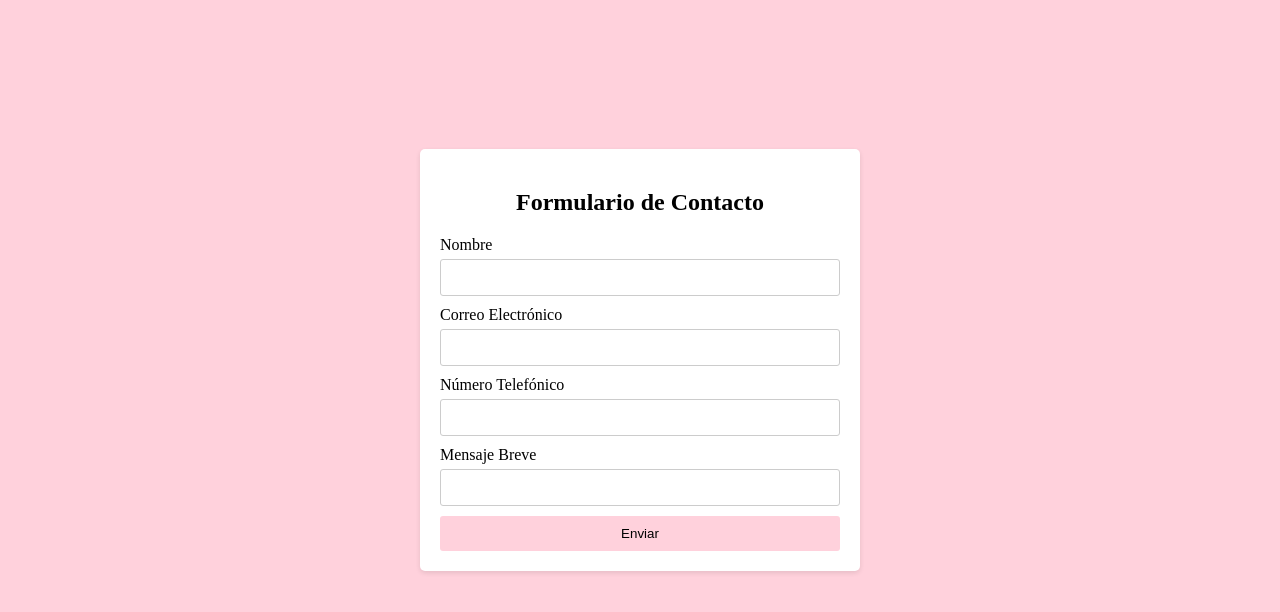
Repository: UVMCoyoacan/InnovaWeb
Page: indexformu.html
An editor plug-in stored every save of this project. The page is shown before and after the next save, followed by the edit.
The browser window is 1280 px wide. The pictures show the whole page.

Above is the page before, as saved 2024-03-01 10:36:04.

### indexformu.html
<!DOCTYPE html>
<html>
<head>
    <title>Formulario de Contacto</title>
    <style>
        body {
            font-family: 'Times New Roman', Times, serif;
            background-color: #ffd1dc;
            margin: 0;
            padding: 0;
            display: flex;
            justify-content: center;
            align-items: center;
            height: 100vh;
        }
        .container {
            width: 400px;
            padding: 20px;
            background-color: #fff;
            border-radius: 5px;
            box-shadow: 0 2px 5px rgba(0, 0, 0, 0.1);
        }
        h2 {
            margin-bottom: 20px;
            text-align: center;
        }
        label {
            display: block;
            margin-bottom: 5px;
        }
        input[type="text"],
        input[type="email"],
        input[type="tel"],
        input[type="msj"] {
            width: 100%;
            padding: 10px;
            margin-bottom: 10px;
            border: 1px solid #ccc;
            border-radius: 3px;
            box-sizing: border-box;
        }
        input[type="submit"] {
            background-color: #ffd1dc;
            color: black;
            border: 1vmin, black;
            padding: 10px 20px;
            cursor: pointer;
            border-radius: 3px;
            width: 100%;
            display: block;
        }
        input[type="submit"]:hover {
            background-color: #ffd1dc;
        }
    </style>
</head>
<body>
    <div class="container">
        <h2>Formulario de Contacto</h2>
        <form>
            <label for="nombre">Nombre</label>
            <input type="text" id="nombre" name="nombre" required>

            <label for="email">Correo Electrónico</label>
            <input type="email" id="email" name="email" required>

            <label for="telefono">Número Telefónico</label>
            <input type="tel" id="telefono" name="telefono" required>

            <label for="mensaje">Mensaje Breve </label>
            <input type="text" id="mensaje" name="mensaje" required>

            <input type="submit" value="Enviar">
        </form>
    </div>
</body>
</html>

After the next save:
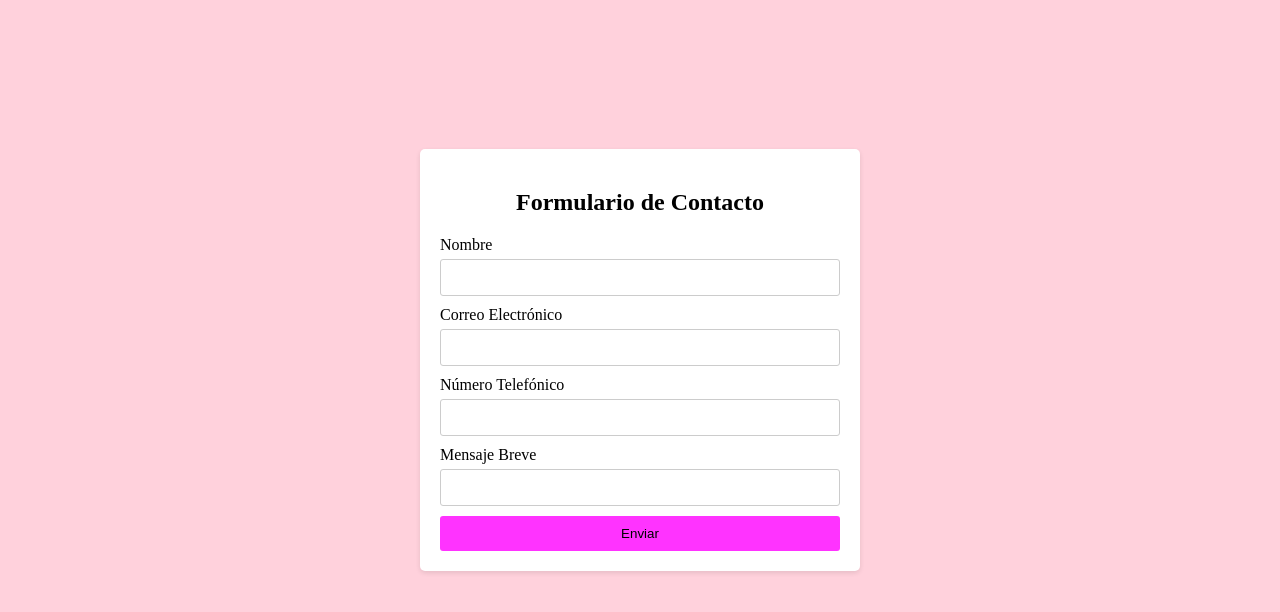
Saved 79 s later.
--- a/indexformu.html
+++ b/indexformu.html
@@ -40,7 +40,7 @@
             box-sizing: border-box;
         }
         input[type="submit"] {
-            background-color: #ffd1dc;
+            background-color: #FF33FF;
             color: black;
             border: 1vmin, black;
             padding: 10px 20px;
@@ -50,7 +50,7 @@
             display: block;
         }
         input[type="submit"]:hover {
-            background-color: #ffd1dc;
+            background-color: #FF33FF;
         }
     </style>
 </head>
